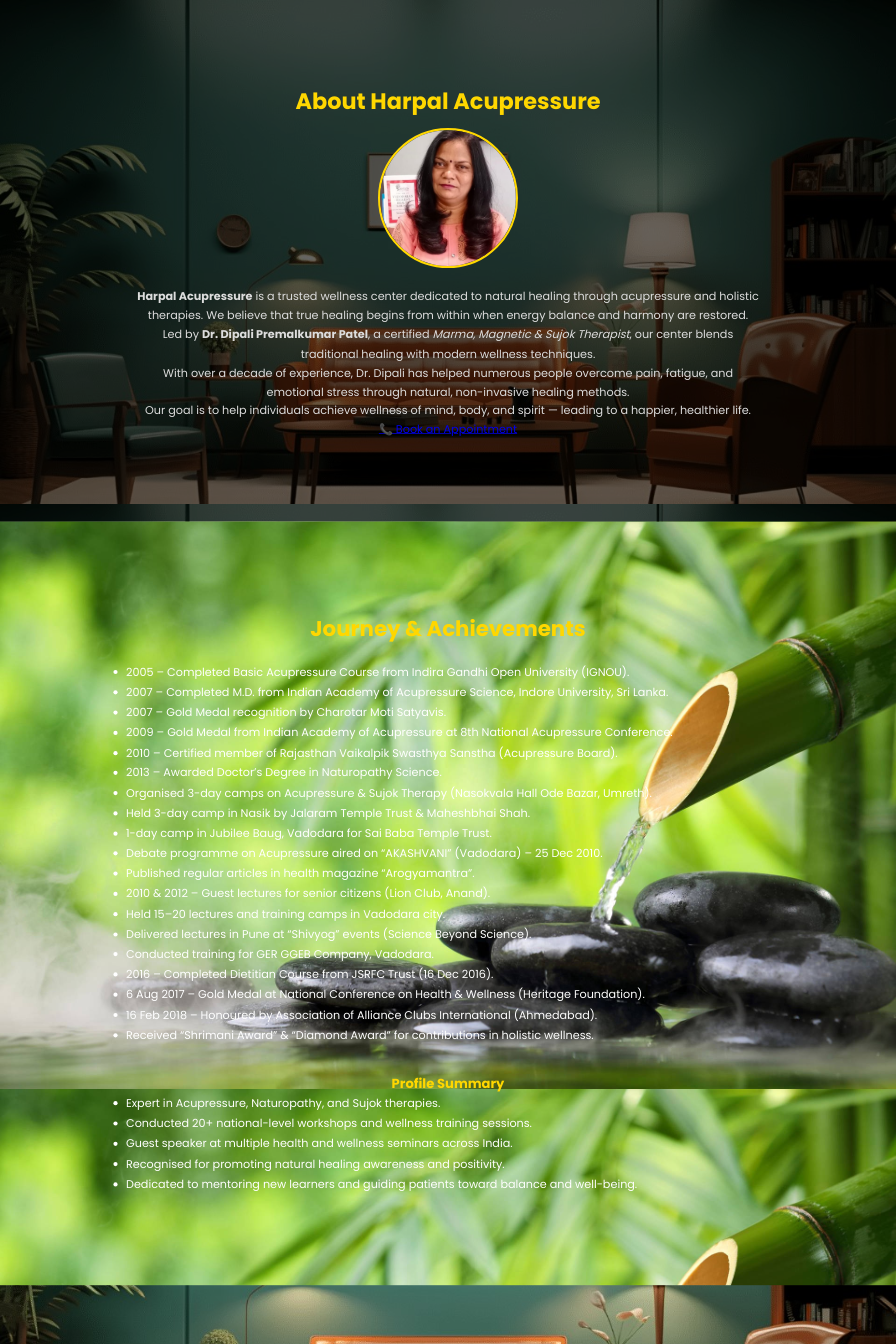
Repository: swasthiik/my-websites
Page: about.html
These files come from the project's save history. The page is drawn as it stood at one moment and after the next save; the edit follows.
The browser window is 1280 px wide. The pictures show the part of the page from y = 0 to 1920 px (the page is 3372 px tall before and 3629 px after), at 70% of full size.
Backgrounds fixed to the window are drawn as part of the page.

Above is the page before, as saved 2025-10-30 00:06:58.

### about.html
<!DOCTYPE html>
<html lang="en">
<head>
  <meta charset="utf-8" />
  <meta name="viewport" content="width=device-width,initial-scale=1" />
  <title>About Us — Harpal Acupressure</title>

  <link href="https://fonts.googleapis.com/css2?family=Poppins:wght@300;400;600;700&display=swap" rel="stylesheet">
  <link rel="stylesheet" href="style.css">
</head>


  <!-- ABOUT SECTION -->
  <section id="about" class="about-section">
    <div class="inner about-inner">
      <h2><strong>About Harpal Acupressure</strong></h2>

      <div class="about-content">
        <div class="about-img">
          <img src="images/photo1.png" alt="Dr. Dipali Premalkumar Patel">
        </div>

        <div class="about-text">
          <p>
            <strong>Harpal Acupressure</strong> is a trusted wellness center dedicated to natural healing through acupressure and holistic therapies.
            We believe that true healing begins from within when energy balance and harmony are restored.
          </p>

          <p>
            Led by <strong>Dr. Dipali Premalkumar Patel</strong>, a certified <em>Marma, Magnetic & Sujok Therapist</em>,
            our center blends traditional healing with modern wellness techniques.
          </p>

          <p>
            With over a decade of experience, Dr. Dipali has helped numerous people overcome pain, fatigue, and emotional stress
            through natural, non-invasive healing methods.
          </p>

          <p>
            Our goal is to help individuals achieve wellness of mind, body, and spirit — leading to a happier, healthier life.
          </p>

          <a href="index.html#contact" class="btn btn-wa">📞 Book an Appointment</a>
        </div>
      </div>
    </div>
  </section>

  <!-- Journey Section -->
  <section id="journey" class="journey-section">
    <div class="inner">
      <h2>Journey & Achievements</h2>
      <div class="content-box">
        <ul>
          <li>2005 – Completed Basic Acupressure Course from Indira Gandhi Open University (IGNOU).</li>
          <li>2007 – Completed M.D. from Indian Academy of Acupressure Science, Indore University, Sri Lanka.</li>
          <li>2007 – Gold Medal recognition by Charotar Moti Satyavis.</li>
          <li>2009 – Gold Medal from Indian Academy of Acupressure at 8th National Acupressure Conference.</li>
          <li>2010 – Certified member of Rajasthan Vaikalpik Swasthya Sanstha (Acupressure Board).</li>
          <li>2013 – Awarded Doctor’s Degree in Naturopathy Science.</li>
          <li>Organised 3-day camps on Acupressure & Sujok Therapy (Nasokvala Hall Ode Bazar, Umreth).</li>
          <li>Held 3-day camp in Nasik by Jalaram Temple Trust & Maheshbhai Shah.</li>
          <li>1-day camp in Jubilee Baug, Vadodara for Sai Baba Temple Trust.</li>
          <li>Debate programme on Acupressure aired on “AKASHVANI” (Vadodara) – 25 Dec 2010.</li>
          <li>Published regular articles in health magazine “Arogyamantra”.</li>
          <li>2010 & 2012 – Guest lectures for senior citizens (Lion Club, Anand).</li>
          <li>Held 15–20 lectures and training camps in Vadodara city.</li>
          <li>Delivered lectures in Pune at “Shivyog” events (Science Beyond Science).</li>
          <li>Conducted training for GER GGEB Company, Vadodara.</li>
          <li>2016 – Completed Dietitian Course from JSRFC Trust (16 Dec 2016).</li>
          <li>6 Aug 2017 – Gold Medal at National Conference on Health & Wellness (Heritage Foundation).</li>
          <li>16 Feb 2018 – Honoured by Association of Alliance Clubs International (Ahmedabad).</li>
          <li>Received “Shrimani Award” & “Diamond Award” for contributions in holistic wellness.</li>
        </ul>

        <h3>Profile Summary</h3>
        <ul>
          <li>Expert in Acupressure, Naturopathy, and Sujok therapies.</li>
          <li>Conducted 20+ national-level workshops and wellness training sessions.</li>
          <li>Guest speaker at multiple health and wellness seminars across India.</li>
          <li>Recognised for promoting natural healing awareness and positivity.</li>
          <li>Dedicated to mentoring new learners and guiding patients toward balance and well-being.</li>
        </ul>
      </div>
    </div>
  </section>

  <!-- Certificates & Trophies Section -->
  <section id="achievements" class="achievements-section">
    <div class="inner">
      <h2>Our Trophies & Certificates</h2>
      <p>We are proud to showcase our milestones, recognitions, and excellence in holistic wellness.</p>

      <div class="trophy-grid">
        <div class="trophy-card"><img src="images/crt1.jpg" alt="Certificate 1"></div>
        <div class="trophy-card"><img src="images/crt2.jpg" alt="Certificate 2"></div>
        <div class="trophy-card"><img src="images/crt3.jpg" alt="Certificate 3"></div>
        <div class="trophy-card"><img src="images/crt4.jpg" alt="Certificate 4"></div>
        <div class="trophy-card"><img src="images/crt5.jpg" alt="Certificate 5"></div>
        <div class="trophy-card"><img src="images/crt6.jpg" alt="Certificate 6"></div>
        <div class="trophy-card"><img src="images/crt7.jpg" alt="Certificate 7"></div>
        <div class="trophy-card"><img src="images/crt8.jpg" alt="Certificate 8"></div>
        <div class="trophy-card"><img src="images/crt9.jpg" alt="Certificate 9"></div>
        <div class="trophy-card"><img src="images/crt10.jpg" alt="Certificate 10"></div>
      </div>
    </div>
  </section>

  <!-- Footer -->
  <footer class="final-line">
    A PLACE OF HEALING, RELAXATION, HOLISTIC WELLNESS, AND POSITIVE ENERGY — DEDICATED TO HEALTH, HAPPINESS, AND WELL-BEING.
  </footer>

</body>
</html>

### style.css
/* ========== GLOBAL RESET ========== */
* {
  margin: 0;
  padding: 0;
  box-sizing: border-box;
  font-family: 'Poppins', sans-serif;
}

body {
  color: #fff;
  background: url("images/background.jpg") no-repeat center center fixed;
  background-size: cover;
  scroll-behavior: smooth;
}

/* ========== HEADER / NAVBAR ========== */
#header {
  position: fixed;
  top: 0;
  width: 100%;
  z-index: 1000;
  background: rgba(0, 0, 0, 0.6);
  backdrop-filter: blur(6px);
  padding: 12px 0;
  transition: background 0.3s ease;
}

#header .container {
  width: 90%;
  margin: auto;
  display: flex;
  justify-content: space-between;
  align-items: center;
}

.logo-area {
  display: flex;
  align-items: center;
  gap: 10px;
}

.logo-area .logo {
  width: 50px;
  height: 50px;
  border-radius: 50%;
  object-fit: cover;
}

.site-title {
  font-size: 1.6rem;
  color: #fff;
  font-weight: 700;
  letter-spacing: 0.5px;
}

.nav-menu ul {
  display: flex;
  list-style: none;
}

.nav-menu ul li {
  margin-left: 25px;
}

.nav-menu ul li a {
  color: #fff;
  text-decoration: none;
  font-weight: 500;
  font-size: 1rem;
  transition: color 0.3s;
}

.nav-menu ul li a:hover {
  color: #ffd700;
}

/* ========== HERO / ABOUT TOP SECTION ========== */
#hero {
  margin-top: 90px;
  background: linear-gradient(rgba(0,0,0,0.4), rgba(0,0,0,0.4)),
              url("images/background3.jpg") center/cover no-repeat;
  text-align: center;
  padding: 140px 20px;
  color: #fff;
}

#hero h1 {
  font-size: 2.5rem;
  color: #ffd700;
  margin-bottom: 20px;
}

#hero p {
  font-size: 1.1rem;
  max-width: 800px;
  margin: 0 auto;
  line-height: 1.6;
}

/* ========== CONTAINER ========== */
.inner {
  width: 90%;
  max-width: 1200px;
  margin: auto;
  padding: 60px 0;
}

/* ========== SERVICES SECTION ========== */
#services {
  background: rgba(0, 0, 0, 0.7);
  padding: 60px 0;
  text-align: center;
  backdrop-filter: blur(3px);
}

#services h2 {
  color: #ffd700;
  font-size: 2rem;
  margin-bottom: 40px;
}

.services-grid {
  display: grid;
  grid-template-columns: repeat(auto-fit, minmax(260px, 1fr));
  gap: 25px;
}

.service-card {
  background: rgba(255, 255, 255, 0.1);
  border-radius: 15px;
  overflow: hidden;
  transition: transform 0.3s, box-shadow 0.3s;
}

.service-card:hover {
  transform: translateY(-10px);
  box-shadow: 0 8px 16px rgba(255, 215, 0, 0.3);
}

.service-card img {
  width: 100%;
  height: 200px;
  object-fit: cover;
}

.svc-body {
  padding: 15px;
}

.svc-title {
  font-size: 1.2rem;
  color: #ffd700;
  margin-bottom: 10px;
}

.svc-text {
  font-size: 0.95rem;
  color: #ddd;
}

/* ========== ABOUT SECTION ========== */
#about {
  background: rgba(0, 0, 0, 0.6);
  padding: 60px 0;
  text-align: center;
}

#about img {
  width: 200px;
  height: 200px;
  border-radius: 50%;
  object-fit: cover;
  margin-bottom: 20px;
  border: 3px solid #ffd700;
}

#about h2 {
  font-size: 2rem;
  color: #ffd700;
  margin-bottom: 15px;
}

#about p {
  max-width: 900px;
  margin: 0 auto;
  color: #ddd;
  font-size: 1rem;
  line-height: 1.7;
}

/* ========== JOURNEY & ACHIEVEMENTS SECTION ========== */
#journey {
  background: url("images/background3.jpg") center/cover no-repeat;
  color: #fff;
  padding: 70px 0;
  background-attachment: fixed;
}

#journey h2 {
  text-align: center;
  color: #ffd700;
  margin-bottom: 25px;
  font-size: 1.9rem;
}

.content-box ul {
  list-style: disc;
  margin: 0 auto;
  padding: 0 40px;
  max-width: 1000px;
  line-height: 1.8;
}

.content-box h3 {
  margin-top: 40px;
  color: #ffd700;
  text-align: center;
}

/* ========== TROPHIES & CERTIFICATES ========== */
#achievements {
  color: #fff;
  padding: 70px 0;
  text-align: center;
}

#achievements h2 {
  color: #ffd700;
  font-size: 1.9rem;
  margin-bottom: 10px;
}

#achievements p {
  max-width: 800px;
  margin: 0 auto 30px;
  color: #ddd;
}

.trophy-grid {
  display: grid;
  grid-template-columns: repeat(auto-fit, minmax(240px, 1fr));
  gap: 20px;
  padding: 0 40px;
}

.trophy-card {
  background: rgba(255,255,255,0.1);
  border-radius: 15px;
  overflow: hidden;
  transition: transform 0.3s;
}

.trophy-card:hover {
  transform: scale(1.05);
}

.trophy-card img {
  width: 100%;
  height: auto;
  display: block;
  border-radius: 10px;
}

/* ========== CONTACT SECTION ========== */
#contact {
  background: rgba(0, 0, 0, 0.8);
  backdrop-filter: blur(4px);
  padding: 60px 0;
}

#contact .inner {
  display: grid;
  grid-template-columns: repeat(auto-fit, minmax(280px, 1fr));
  gap: 40px;
  align-items: start;
}

#contact h3,
#contact h4 {
  color: #ffd700;
  margin-bottom: 15px;
}

.social-btns img {
  width: 40px;
  margin-right: 10px;
  transition: transform 0.3s;
}

.social-btns img:hover {
  transform: scale(1.2);
}

.btn-area .btn {
  display: inline-block;
  margin: 10px 10px 0 0;
  padding: 10px 20px;
  background: #ffd700;
  color: #000;
  border-radius: 25px;
  text-decoration: none;
  font-weight: bold;
  transition: background 0.3s;
}

.btn:hover {
  background: #fff;
}

.quick-links a {
  display: block;
  color: #ffd700;
  text-decoration: none;
  margin: 8px 0;
  font-weight: 500;
}

.quick-links a:hover {
  text-decoration: underline;
}

.final-line {
  text-align: center;
  background: #000;
  padding: 20px;
  font-size: 0.9rem;
  color: #ffd700;
}

/* ========== RESPONSIVE HEADER ========== */
@media (max-width: 768px) {
  .nav-menu ul {
    flex-direction: column;
    background: rgba(0, 0, 0, 0.95);
    position: absolute;
    top: 70px;
    right: 0;
    width: 200px;
    display: none;
    border-radius: 10px;
  }

  .nav-menu.active ul {
    display: flex;
  }

  .nav-menu ul li {
    margin: 15px 0;
    text-align: center;
  }

  .site-title {
    font-size: 1.3rem;
  }
}

After the next save:
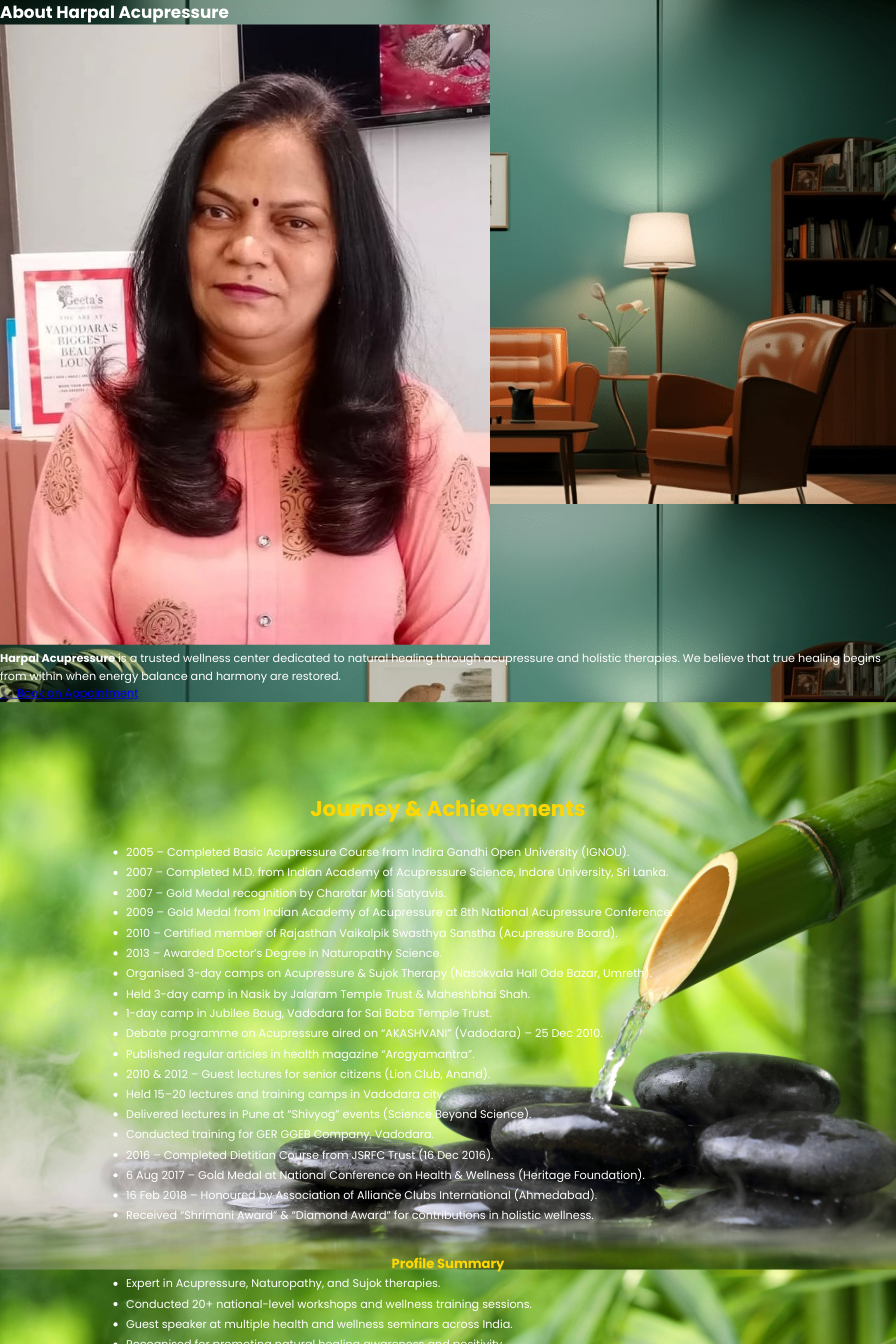
Saved 15 min 20 s later.
--- a/about.html
+++ b/about.html
@@ -8,40 +8,20 @@
   <link href="https://fonts.googleapis.com/css2?family=Poppins:wght@300;400;600;700&display=swap" rel="stylesheet">
   <link rel="stylesheet" href="style.css">
 </head>
+<body>
 
-
-  <!-- ABOUT SECTION -->
-  <section id="about" class="about-section">
-    <div class="inner about-inner">
-      <h2><strong>About Harpal Acupressure</strong></h2>
-
-      <div class="about-content">
-        <div class="about-img">
-          <img src="images/photo1.png" alt="Dr. Dipali Premalkumar Patel">
-        </div>
-
-        <div class="about-text">
-          <p>
-            <strong>Harpal Acupressure</strong> is a trusted wellness center dedicated to natural healing through acupressure and holistic therapies.
-            We believe that true healing begins from within when energy balance and harmony are restored.
-          </p>
-
-          <p>
-            Led by <strong>Dr. Dipali Premalkumar Patel</strong>, a certified <em>Marma, Magnetic & Sujok Therapist</em>,
-            our center blends traditional healing with modern wellness techniques.
-          </p>
-
-          <p>
-            With over a decade of experience, Dr. Dipali has helped numerous people overcome pain, fatigue, and emotional stress
-            through natural, non-invasive healing methods.
-          </p>
-
-          <p>
-            Our goal is to help individuals achieve wellness of mind, body, and spirit — leading to a happier, healthier life.
-          </p>
-
-          <a href="index.html#contact" class="btn btn-wa">📞 Book an Appointment</a>
-        </div>
+  <!-- HERO / ABOUT SECTION -->
+  <section id="about-hero" class="about-hero">
+    <div class="overlay">
+      <div class="hero-content">
+        <h1>About Harpal Acupressure</h1>
+        <img src="images/photo1.png" alt="Dr. Dipali Premalkumar Patel" class="about-hero-img">
+        <p>
+          <strong>Harpal Acupressure</strong> is a trusted wellness center dedicated to natural healing
+          through acupressure and holistic therapies.
+          We believe that true healing begins from within when energy balance and harmony are restored.
+        </p>
+        <a href="index.html#contact" class="btn btn-wa">📞 Book an Appointment</a>
       </div>
     </div>
   </section>
@@ -85,7 +65,7 @@
     </div>
   </section>
 
-  <!-- Certificates & Trophies Section -->
+  <!-- Certificates Section -->
   <section id="achievements" class="achievements-section">
     <div class="inner">
       <h2>Our Trophies & Certificates</h2>
@@ -106,7 +86,6 @@
     </div>
   </section>
 
-  <!-- Footer -->
   <footer class="final-line">
     A PLACE OF HEALING, RELAXATION, HOLISTIC WELLNESS, AND POSITIVE ENERGY — DEDICATED TO HEALTH, HAPPINESS, AND WELL-BEING.
   </footer>
